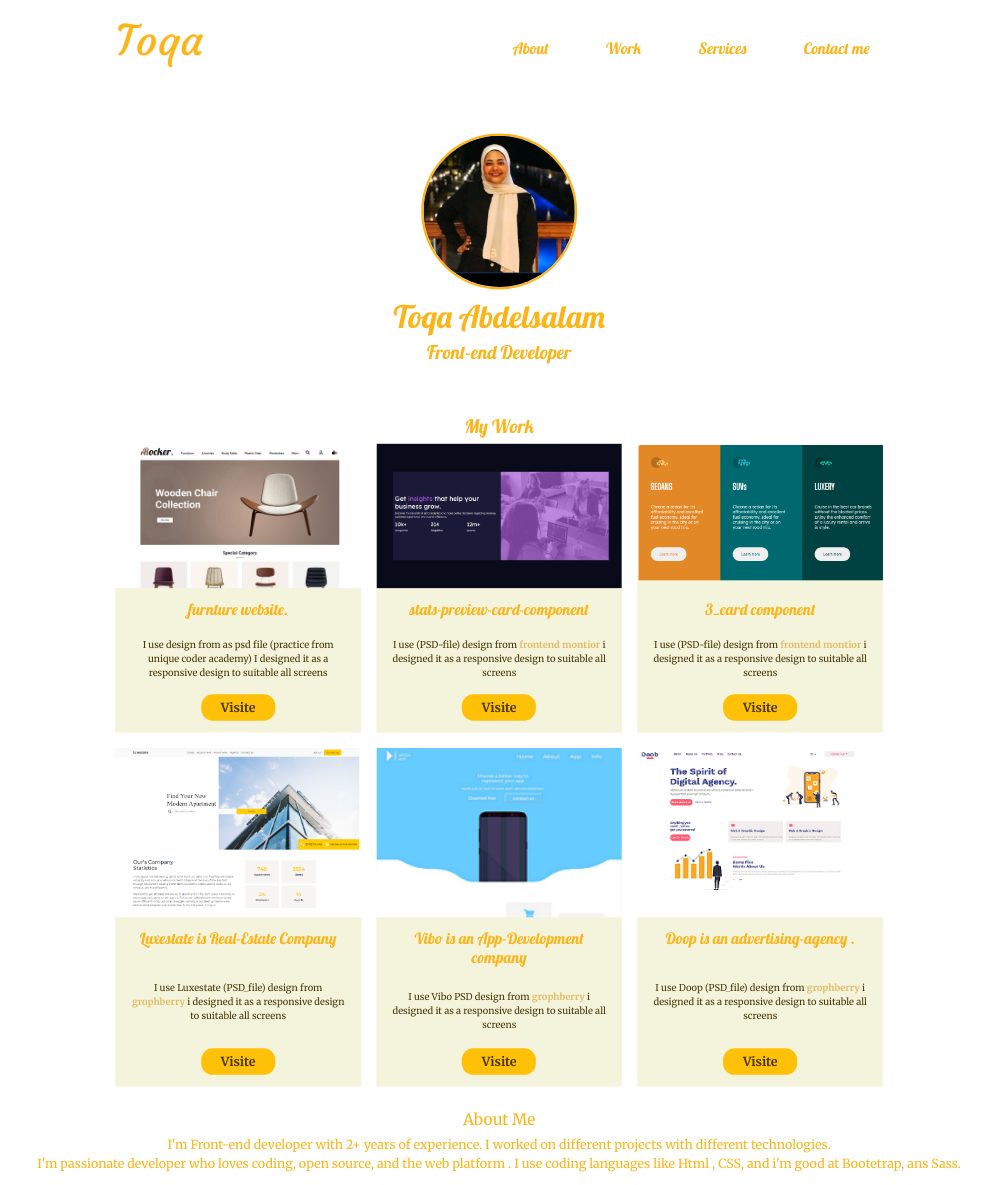
Repository: Toqa-25/portfolio
Page: index.html
These files come from the project's save history. The page is drawn as it stood at one moment and after the next save; the edit follows.
The browser window is 1280 px wide. The pictures show the whole page, at 78% of full size.
Some web fonts or font styles are not loaded; a fallback is used.

Above is the page before, as saved 2021-11-01 02:28:56.

After the next save:
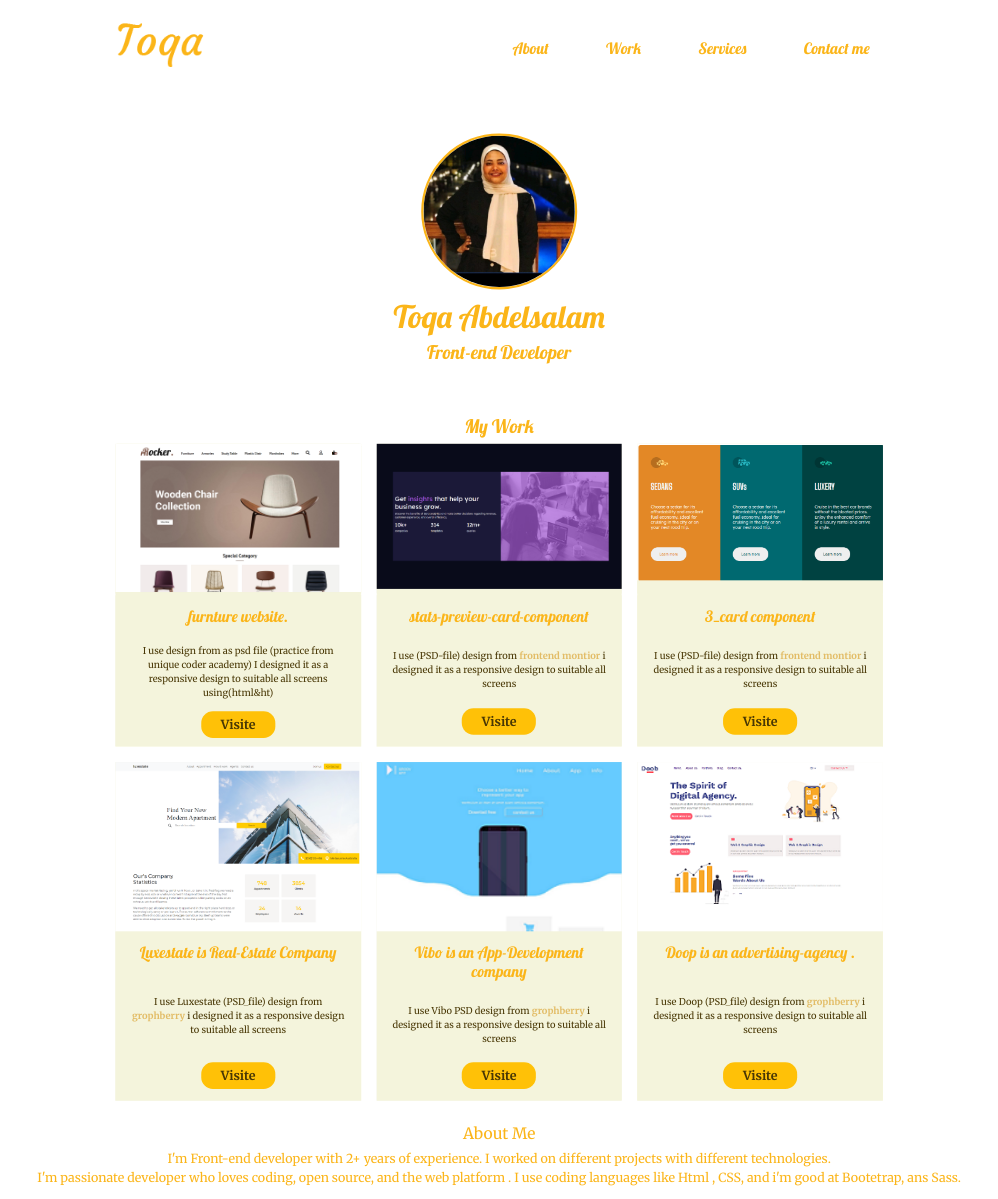
Saved 16 s later.
--- a/index.html
+++ b/index.html
@@ -80,7 +80,7 @@
         <div class="card-info">
           <h5 class="card-title">furnture website.</h5>
           <p class="card-info-text doop-text">I use  design from as psd file (practice from unique coder academy)
-            I designed it as a responsive design to suitable all screens <br>
+            I designed it as a responsive design to suitable all screens using(html&ht) <br>
          </p>
       <button class="card-button"><a href="https://toqa-25.github.io/landing-meeting-page/">Visite</a></button>
         </div>
